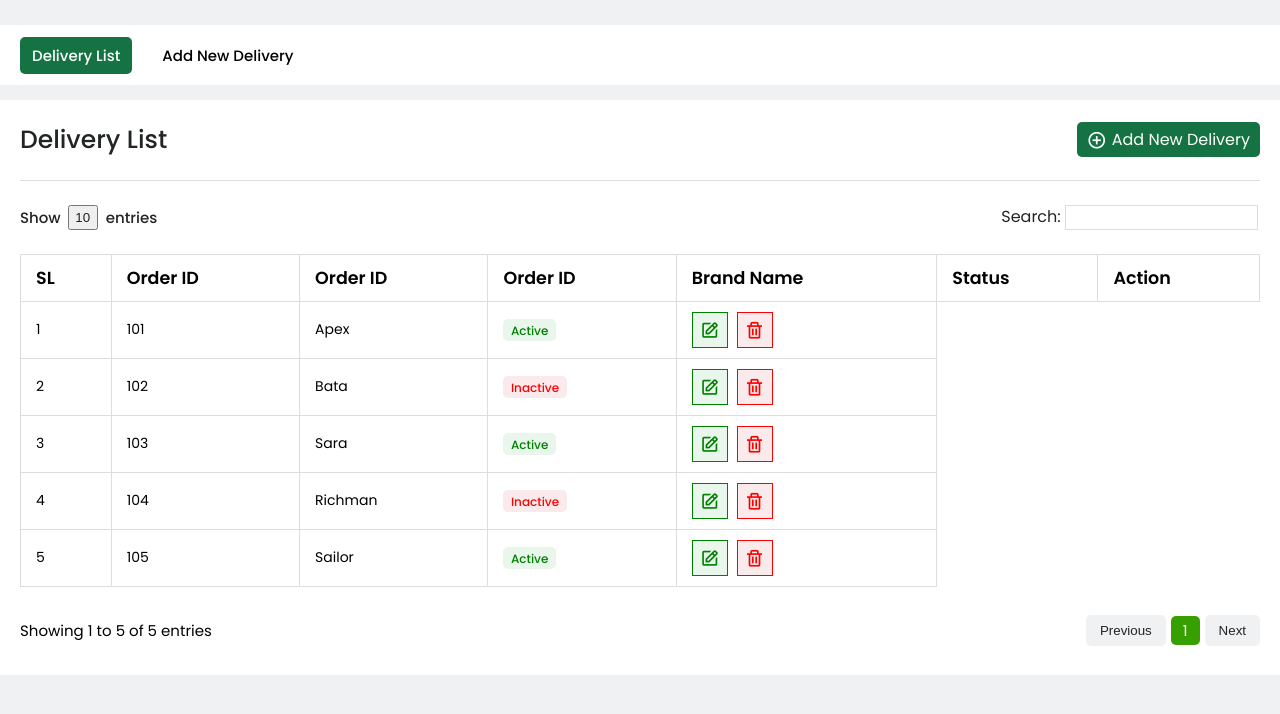
Repository: codebyaddro/delivery-page
Page: delivery.html
The author's editor kept a copy of each file at every save. The page is drawn from the files as they stood at one save, then again after a run of saves.
The browser window is 1280 px wide. The pictures show the whole page.

Above is the page before, as saved 2025-02-27 13:51:18.

### delivery.html
<!DOCTYPE html>
<html lang="en">
<head>
    <meta charset="UTF-8">
    <meta name="viewport" content="width=device-width, initial-scale=1.0">
    <link rel="stylesheet" href="/delivery.css">
    <link href='https://unpkg.com/boxicons@2.1.4/css/boxicons.min.css' rel='stylesheet'>
    <title>Document</title>
</head>
<body>
    <div class="brand-container">
        <div class="top-menus">
            <ul>
                <li><a href="/index.html" class="active-menu">Delivery List</a></li>
                <li><a href="/inner-page/html/anb.html" class="light-up">Add New Delivery</a></li>
            </ul>
        </div>
        <div class="list-container">
            <div class="heading-add-new-btn">
                <div class="heading">
                    <h2>Delivery List</h2>
                </div>
                <div class="add-new-btn">
                    <i class='add-icon bx bx-plus-circle'></i>
                    <a href="/inner-page/html/anb.html">Add New Delivery</a>
                </div>
            </div>
            <div class="list-short-dpdwn-search-box">
                <div class="list-short-dpdwn">
                    <h3>Show</h3>
                    <select name="10" id="">
                        <option value="">10</option>
                        <option value="">20</option>
                        <option value="">30</option>
                        <option value="">All</option>
                    </select>
                    <h3>entries</h3>
                </div>
                <div class="search-box">
                    <legend>Search: <input type="text"></legend>
                </div>
            </div>
            <div class="table-list">
                <table>
                    <thead>
                        <tr>
                            <th title="SL">SL</th>
                            <th title="Code">Order ID</th>
                            <th title="Code">Order ID</th>
                            <th title="Code">Order ID</th>
                            <th title="Category Name">Brand Name</th>
                            <th title="Status">Status</th>
                            <th title="Action">Action</th>
                        </tr>
                    </thead>
                    <tbody>
                        <tr>
                            <td>1</td>
                            <td>101</td>
                            <td>Apex</td>
                            <td><span class="active">Active</span></td>
                            <td>
                                <a title="Edit" href="#"><i class='edit-icon bx bx-edit'></i></a>
                                <a title="Delete" href="#"><i class='delete-icon bx bx-trash'></i></a>
                            </td>
                        </tr>
                        <tr>
                            <td>2</td>
                            <td>102</td>
                            <td>Bata</td>
                            <td><span class="inactive">Inactive</span></td>
                            <td>
                                <a title="Edit" href="#"><i class='edit-icon bx bx-edit'></i></a>
                                <a title="Delete" href="#"><i class='delete-icon bx bx-trash'></i></a>
                            </td>
                        </tr>
                        <tr>
                            <td>3</td>
                            <td>103</td>
                            <td>Sara</td>
                            <td><span class="active">Active</span></td>
                            <td>
                                <a title="Edit" href="#"><i class='edit-icon bx bx-edit'></i></a>
                                <a title="Delete" href="#"><i class='delete-icon bx bx-trash'></i></a>
                            </td>
                        </tr>
                        <tr>
                            <td>4</td>
                            <td>104</td>
                            <td>Richman</td>
                            <td><span class="inactive">Inactive</span></td>
                            <td>
                                <a title="Edit" href="#"><i class='edit-icon bx bx-edit'></i></a>
                                <a title="Delete" href="#"><i class='delete-icon bx bx-trash'></i></a>
                            </td>
                        </tr>
                        <tr>
                            <td>5</td>
                            <td>105</td>
                            <td>Sailor</td>
                            <td><span class="active">Active</span></td>
                            <td>
                                <a title="Edit" href="#"><i class='edit-icon bx bx-edit'></i></a>
                                <a title="Delete" href="#"><i class='delete-icon bx bx-trash'></i></a>
                            </td>
                        </tr>
                    </tbody>
                </table>
            </div>
            <div class="entries-details-list-page-btn">
                <div class="entries-details">
                    Showing <span>1</span> to <span>5</span> of <span>5</span> entries
                </div>
                <div class="list-page-btn">
                    <button>Previous</button>
                    <h4><span>1</span></h4>
                    <button>Next</button>
                </div>
            </div>
        </div>
    </div>
</body>
</html>

### delivery.css
/* -- fonts -- */
@import url('https://fonts.googleapis.com/css2?family=Poppins:ital,wght@0,100;0,200;0,300;0,400;0,500;0,600;0,700;0,800;0,900;1,100;1,200;1,300;1,400;1,500;1,600;1,700;1,800;1,900&family=Raleway:ital,wght@0,100..900;1,100..900&family=Roboto:ital,wght@0,100;0,300;0,400;0,500;0,700;0,900;1,100;1,300;1,400;1,500;1,700;1,900&family=VT323&display=swap');

/* -- root -- */

:root {
    --gray-white: #F0F1F2;
    --white: #FFFFFF;
    --black: #000000;
    --gray-black: #DDDDDD;
    --light-black: #212523;
    --light-black-op: #21252350;
    --main-green: #157343;
    --main-light: #37A000;
    --light-orange: #FD7E14;
    --green: #008000;
    --light-green: #e9f6ec;
    --red: #FF0000;
    --light-red: #fbeaec;
}

/* ---------- */

* {
    box-sizing: border-box;
}

body {
    margin: 0;
    padding: 0;
    font-family: "Poppins", serif;
    background-color: var(--gray-white);
}

::selection {
    color: var(--white);
    background-color: var(--main-light);
}

/* -- category container style -- */

.brand-container {
    width: 100%;
    margin-top: 25px;
}

/* -- top menus style--  */

.top-menus {
    background-color: var(--white);
    display: flex;
    justify-content: left;
    align-items: center;
    height: 60px;
    margin-bottom: 15px;
}

.top-menus ul {
    list-style-type: none;
    display: flex;
    gap: 30px;
    margin-left: -20px;
}

.top-menus ul li a {
    text-decoration: none;
    color: var(--black);
    font-size: 15px;
    font-weight: 500;
}

/* -- active menu style -- */

.active-menu {
    color: var(--white)!important;
    background-color: var(--main-green);
    padding: 8px 12px;
    border-radius: 5px;
}

/* -- menu hover style -- */

.light-up:hover {
    color: var(--light-orange);
}

/* -- list container style -- */

.list-container {
    background-color: var(--white);
    padding: 0px 20px;
}

/* -- heading-add-new-btn style -- */

.heading-add-new-btn {
    display: flex;
    justify-content: space-between;
    align-items: center;
    border-bottom: 1px solid var(--gray-black) ;
}

.heading h2 {
    color: var(--light-black);
    font-size: 25px;
    font-weight: 500;
}

/* -- add-new-btn style -- */

.add-new-btn {
    display: flex;
    gap: 5px;
    justify-content: baseline;
    align-items: center;
}

.add-new-btn {
    background-color: var(--main-green);
    padding: 5px 10px;
    border-radius: 5px;
}

.add-new-btn a {
    color: var(--white);
    text-decoration: none;
}

.add-icon {
    color: var(--white);
    font-size: 20px;
}

/* -- list-short-dpdwn-search-box style -- */

.list-short-dpdwn-search-box {
    display: flex;
    justify-content: space-between;
    align-items: center;
    padding: 10px 0px;
}

/* -- list-short-dpdwn style -- */

.list-short-dpdwn {
    display: flex;
    gap: 7.5px;
    align-items: center;
}

.list-short-dpdwn h3 {
    color: var(--light-black);
    font-size: 15px;
    font-weight: 500;
}

.list-short-dpdwn select {
    color: var(--light-black);
    appearance: none;
    height: 25px;
    width: 30px;
    padding-left: 6px;
    outline: none;
    border-radius: 2.5px;
}

/* -- search-box style -- */

.search-box {
    display: flex;
    align-items: center;
}

.search-box legend {
    color: var(--light-black);
}

.search-box input {
    outline: none;
    height: 25px;
    width: 193px;
    border: 1px solid var(--gray-black);
}

/* -- table-list style --*/

table {
    border-collapse: collapse;
    width: 100%;
}

/* -- thead style -- */

thead {
    cursor: pointer;
}

th, td {
    border: 1px solid var(--gray-black);
    padding: 10px 15px;
}

thead tr th {
    font-size: 17.5px;
    font-weight: 600;
    text-align: left;
}

tbody tr td {
    font-size: 14px;
}

tbody tr:hover {
    background-color: var(--gray-white);
}

/* -- tbody style -- */

/* status style */

.active {
    color: var(--green);
    background-color: var(--light-green);
    font-size: 12px;
    font-weight: 500;
    padding: 2.5px 7.5px;
    border-radius: 5px;
}

.inactive {
    color: var(--red);
    background-color: var(--light-red);
    font-size: 12px;
    font-weight: 500;
    padding: 2.5px 7.5px;
    border-radius: 5px;
}

/* -- action style -- */

.edit-icon {
    color: var(--green);
    background-color: var(--light-green);
    padding: 7px 7px;
    margin-right: 2.5px;
    border: 1px solid var(--green);
    font-size: 20px;
}

.edit-icon:hover {
    background-color: var(--light-black-op);
}

.delete-icon {
    color: var(--red);
    background-color: var(--light-red);
    padding: 7px 7px;
    margin-left: 2.5px;
    border: 1px solid var(--red);
    font-size: 20px;
}

.delete-icon:hover {
    background-color: var(--light-black-op);
}

/* -- entries-details-list-page-btn style -- */

.entries-details-list-page-btn {
    display: flex;
    justify-content: space-between;
    align-items: center;
    padding: 10px 0px;
}

.entries-details {
    color: var(--black);
    font-size: 15px;
}

.list-page-btn {
    display: flex;
    gap: 5px;
    align-items: center;
}

.list-page-btn button {
    color: var(--light-black);
    background-color: var(--gray-white);
    padding: 8px 14px;
    border: none;
    border-radius: 5px;
    cursor: pointer;
}

.list-page-btn h4 {
    color: var(--white);
    background-color: var(--main-light);
    font-size: 15px;
    font-weight: 400;
    padding: 3px 12px;
    border-radius: 5px;
}

After the next 2 saves:
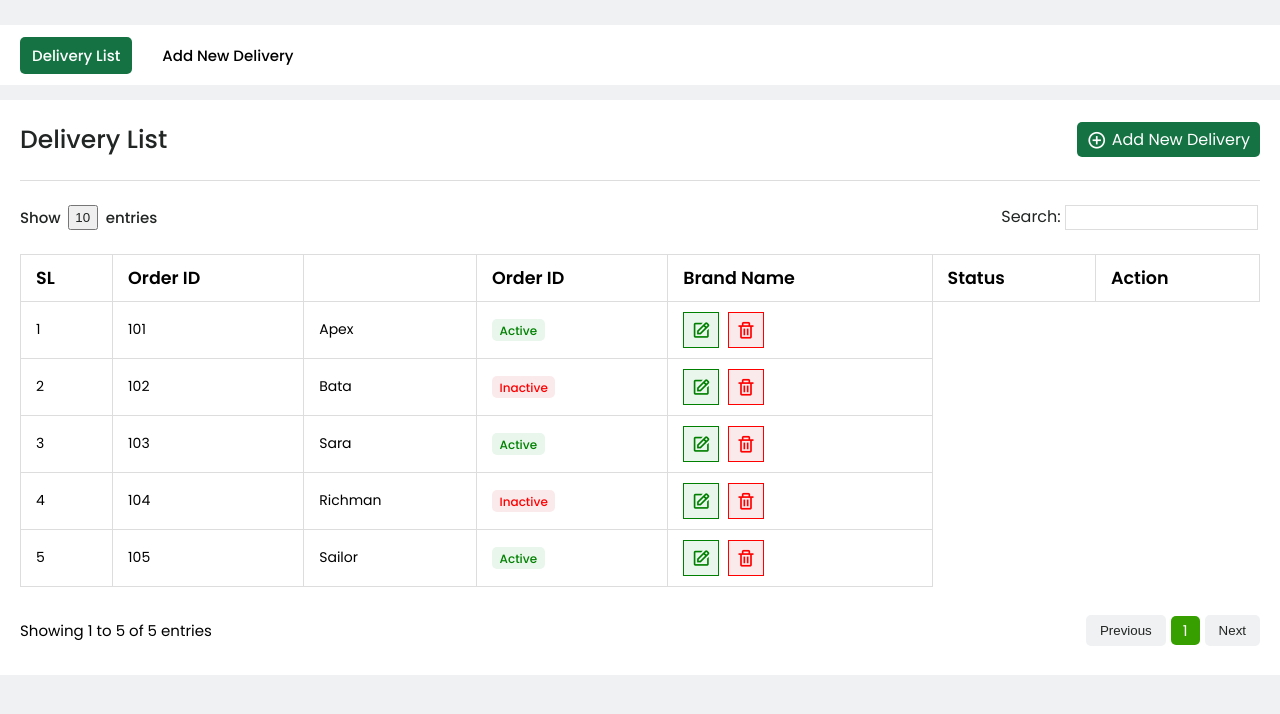
The 2 saves are shown as one change because they came seconds apart.
The last was saved 14 s later.
--- a/delivery.html
+++ b/delivery.html
@@ -46,7 +46,7 @@
                         <tr>
                             <th title="SL">SL</th>
                             <th title="Code">Order ID</th>
-                            <th title="Code">Order ID</th>
+                            <th title="Code"></th>
                             <th title="Code">Order ID</th>
                             <th title="Category Name">Brand Name</th>
                             <th title="Status">Status</th>
